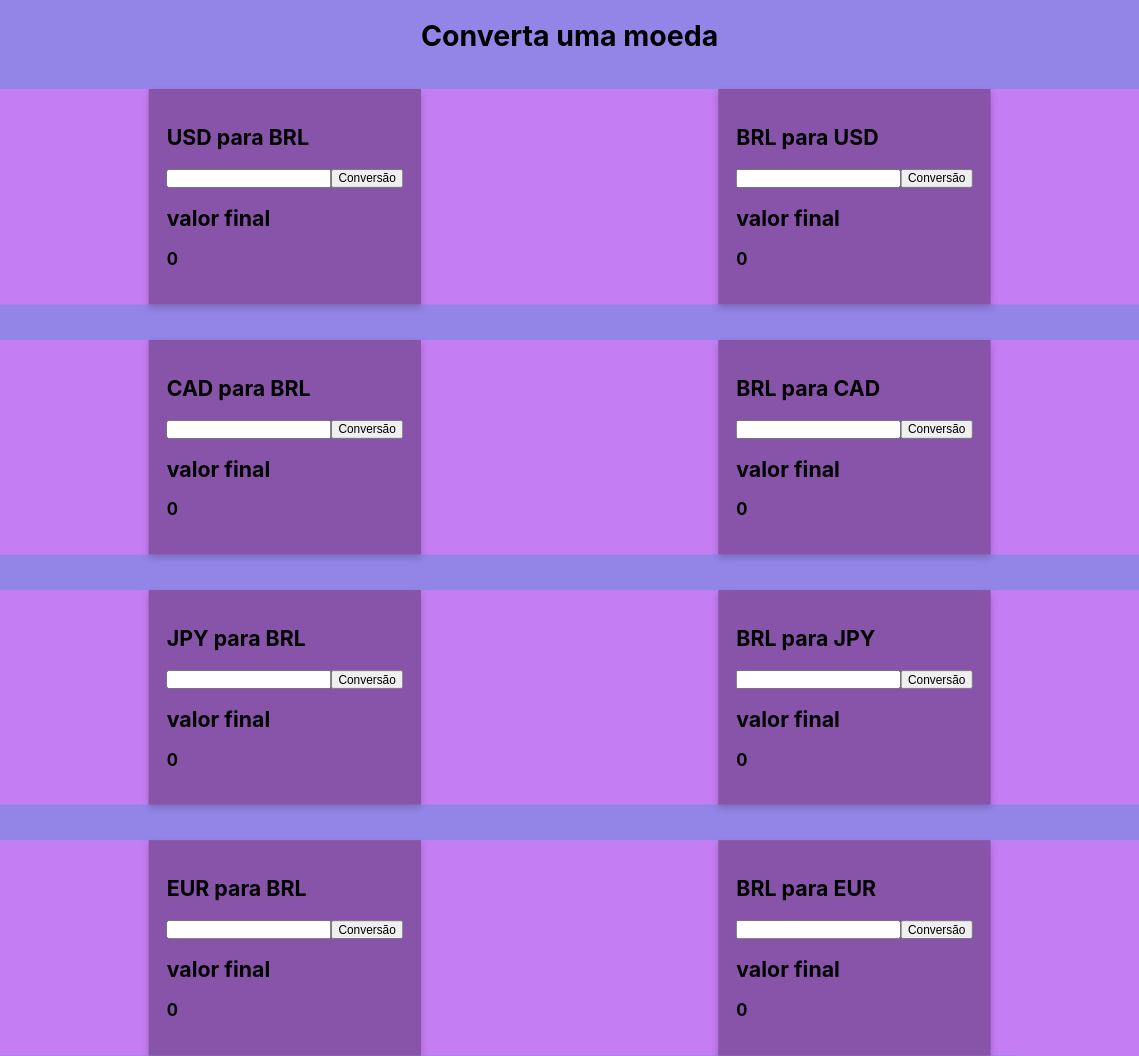
Repository: DeanLemosXD/Currency-converter
Page: /
The author's editor kept a copy of each file at every save. The page is drawn from the files as they stood at one save, then again after the next save.
The browser window is 1280 px wide. The pictures show the whole page, at 89% of full size.
The project was rebuilt for these pictures with package versions that can differ from the ones it lists, and the page was loaded fresh each time.

Above is the page before, as saved 2021-10-19 18:26:19.

After the next save:
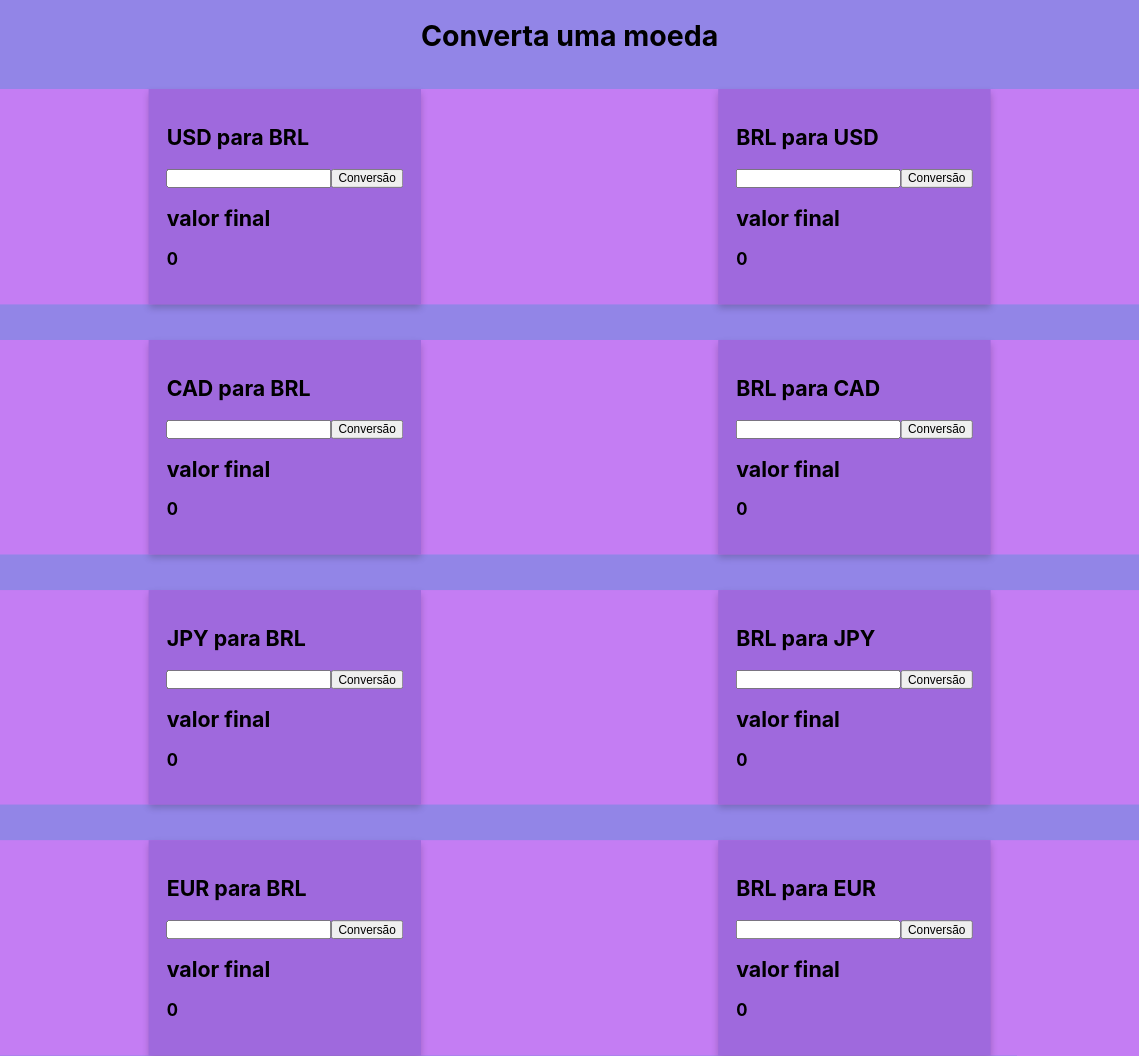
Saved 15 s later.
--- a/src/components/conversor.css
+++ b/src/components/conversor.css
@@ -2,5 +2,5 @@
         padding: 20px;
         max-width: 300px;
         box-shadow: 0 4px 8px 0 rgba(0, 0, 0, 0.2);
-        background-color: rgb(136, 84, 170);
+        background-color: rgb(159, 105, 221);
 }
